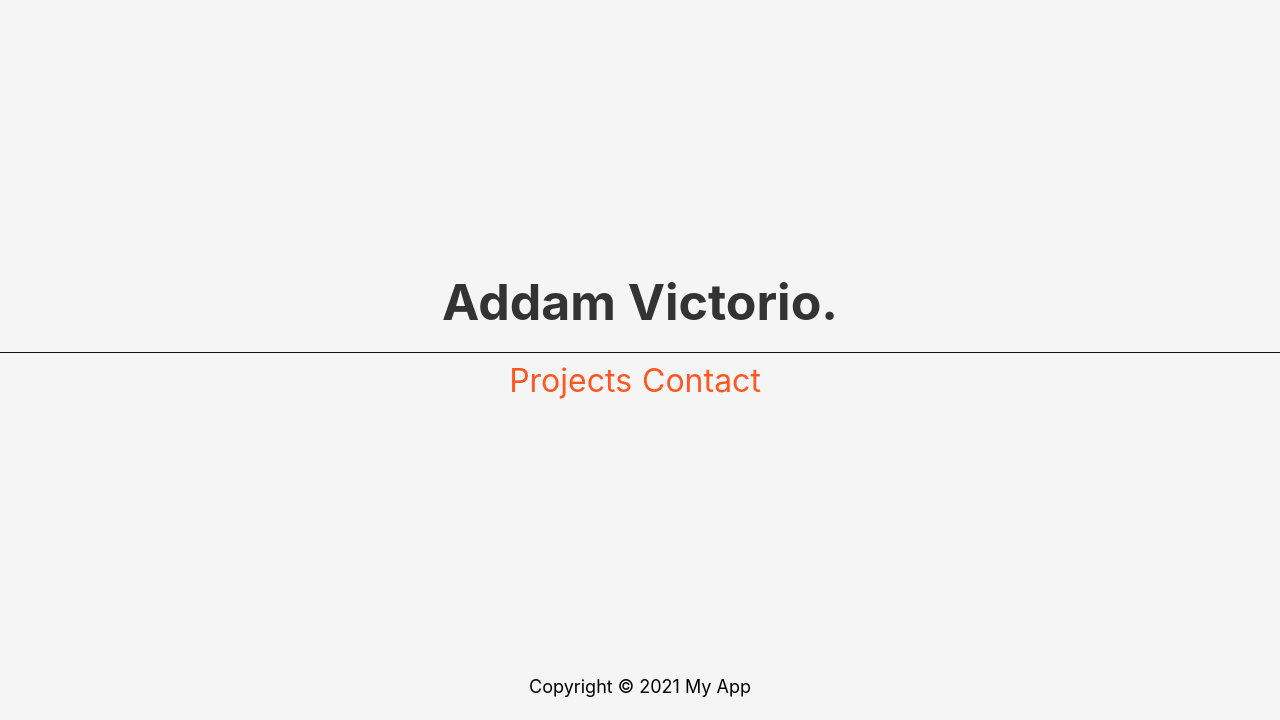
Repository: AddamVictorioDev/ProfileWebsite
Page: / (app in con/)
These files come from the project's save history. The page is drawn as it stood at one moment and after the next save; the edit follows.
The browser window is 1280 px wide. The pictures show the whole page.
The project was rebuilt for these pictures with package versions that can differ from the ones it lists, and the page was loaded fresh each time. Also part of the build but not shown: con/src/App.css, con/src/home.js.

Above is the page before, as saved 2023-01-18 20:59:30.

### con/src/App.js
import logo from './logo.svg';
import './App.css';
import HomePage from './home';
import Addam from './addam';

function App() {
  return (
<Addam/>

  );
}

export default App;

### con/src/addam.js
import React, { useState, useEffect } from 'react';
import './addam.css'
const getComponent = (screenWidth) => {
    if (screenWidth > 767) {
      return <div class="home-page">
            <div className="container">

            </div>
            <div class="desktop">
                <h1>Addam  Victorio.</h1>
                <hr></hr>
                <nav>

                    <a href="#services">Projects</a>
                    <a href="#contact">Contact</a>
                </nav>
            </div>


            <hr></hr>



            <footer>
                <p>Copyright © 2021 My App</p>
            </footer>
  </div>

    } else {
      return <div class="home-page">
      <div class="container"></div>
       <div class="mobile">
       <h1>Addam</h1>
       <h1>Victorio.</h1>

       <hr></hr>
       <nav>

       <a href="#services">Projects</a>
       <a href="#contact">Contact</a>
   </nav></div>


        <hr></hr>



        <footer>
            <p>Copyright © 2021 My App</p>
        </footer>
    </div>

    }
  }

  const Addam = () => {
    const [screenWidth, setScreenWidth] = useState(window.innerWidth);

    useEffect(() => {
      const handleResize = () => {
        setScreenWidth(window.innerWidth);
      }

      window.addEventListener('resize', handleResize);

      return () => {
        window.removeEventListener('resize', handleResize);
      }
    }, []);

    return (
      <div>
        {getComponent(screenWidth)}
      </div>
    );
  };
  export default Addam;

### con/src/home.css
/* Grid Layout */
.home-page {
    display: flex;
    flex-direction: column;
    min-height: 100vh;

    margin: 0;

}

/* Typography */
.home-page h1 {
    font-size: 36px;
    font-weight: 700;
    flex: 1;
    text-align: left;
    margin-bottom: 20px;
}

.home-page p {
    font-size: 18px;
    line-height: 1.5;
    flex: 1;
    text-align: center;
    margin-bottom: 20px;
}

/* Color */
.home-page {
    background-color: #f5f5f5;
}

.home-page h1 {
    color: #333;
}

.home-page a {
    color: #ff5722;
}

/* Images and Videos */
.home-page .featured-image {
    flex: 1;
    max-width: 100%;
    height: auto;
}

/* Animation */
.home-page .featured-product {
    animation: fade-in 1s ease;
}
hr {
    height:1px;
    border-width:0;
    background-color:#121212;
  }
@keyframes fade-in {
    from {
        opacity: 0;
    }
    to {
        opacity: 1;
    }
}
.maincontent {
    flex: 1;
}

footer {
    grid-area: footer;
    /* Add styles for the footer */
}
/* Whitespace */
.home-page {
    margin: 0 auto;
}

/* Navigation */
header {

    justify-content: left;
}
nav {
    display: flex;

    justify-content: space-between;
}
nav a {
    font-size: 18px;
    text-decoration: none;
    color: #333;
    margin-right: 10px;
}

/* Hero section */
.hero {
    width: 100%;
    height: 300px;
    background-image: url(https://img.freepik.com/free-vector/flat-design-white-house-front-view-trademark_23-2148845491.jpg?w=2000);
    background-size: cover;
    background-position: center;
}

### con/src/addam.css
/* Grid Layout */
.home-page {
    display: flex;
    flex-direction: column;
    margin: 0;
    justify-content: center;

}

/* Typography */
.home-page h1 {

    flex: 1;

    text-align: center;
}

.home-page p {
    font-size: 18px;
    line-height: 1.5;
    flex: 1;
    text-align: center;
    margin-bottom: 20px;
}

/* Color */
.home-page {
    background-color: #f5f5f5;
}

.home-page h1 {
    color: #333;
}
.container{
 flex: 1;
}

.home-page a {
    color: #ff5722;
    font-size:xx-large;

}
.home-page a:hover {
    background-color: #121212;
  }

/* Images and Videos */
.home-page .featured-image {
    flex: 1;
    max-width: 100%;
    height: auto;
}

/* Animation */
.home-page .featured-product {
    animation: fade-in 1s ease;
}
hr {
    height:1px;
    border-width:0;
    background-color:#121212;
  }
@keyframes fade-in {
    from {
        opacity: 0;
    }
    to {
        opacity: 1;
    }
}
.desktop {
    flex: 1;
}
.mobile {
    flex: 1;
}
.desktop h1{
    font-size: 50px;
    font-weight: 700;
}
.mobile h1{
    font-size: 40px;
    font-weight: 600;
    margin: 0;
}
footer {
    grid-area: footer;
    /* Add styles for the footer */
}
/* Whitespace */
.home-page {
    margin: 0 auto;
}

/* Navigation */
header {


}
nav {



    justify-content: center;

}
nav a {
    font-size: 18px;
    text-decoration: none;
    color: #333;
    justify-content: space-between;


}

/* Hero section */
.hero {
    width: 100%;
    height: 300px;
    background-image: url(https://img.freepik.com/free-vector/flat-design-white-house-front-view-trademark_23-2148845491.jpg?w=2000);
    background-size: cover;
    background-position: center;
}

Loaded but not shown: con/public/index.html (common file); con/src/index.js (common file); con/src/index.css (common file); con/src/reportWebVitals.js (common file)

After the next save:
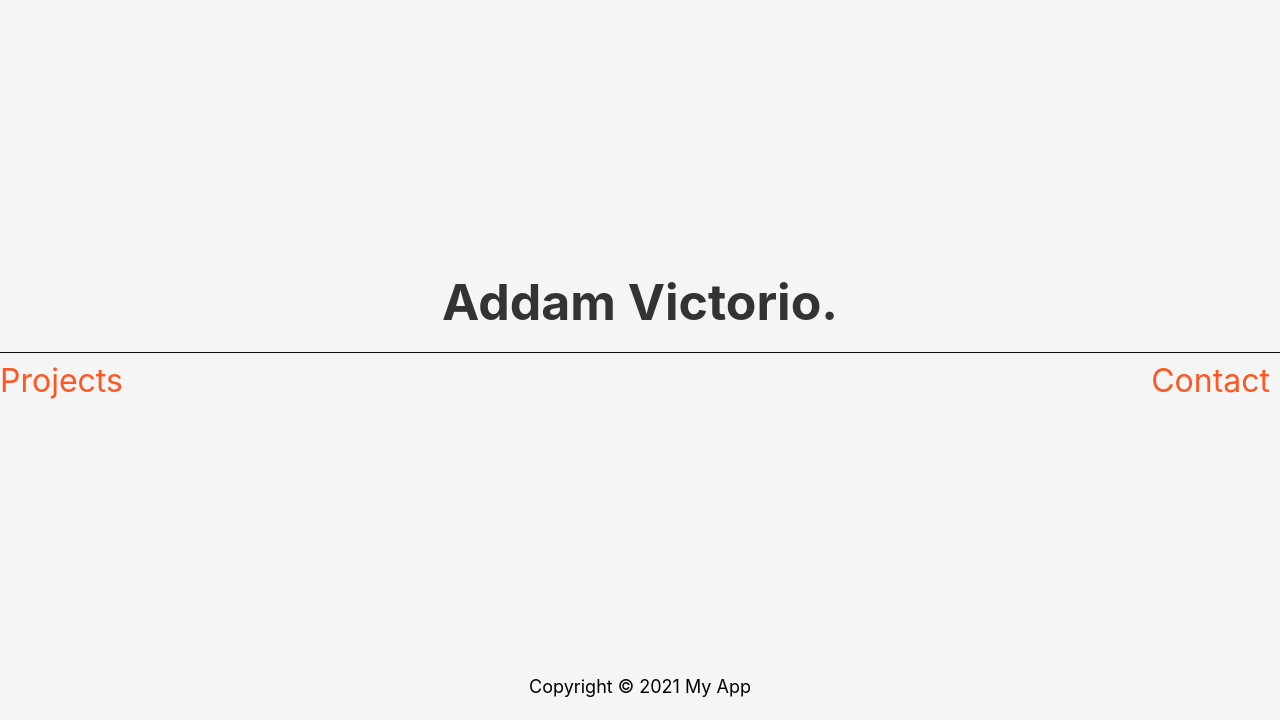
Saved 8 s later.
--- a/con/src/addam.css
+++ b/con/src/addam.css
@@ -101,14 +101,13 @@ nav {
 
 
 
-    justify-content: center;
-
+    justify-content: space-between;
 }
 nav a {
     font-size: 18px;
     text-decoration: none;
     color: #333;
-    justify-content: space-between;
+
 
 
 }
